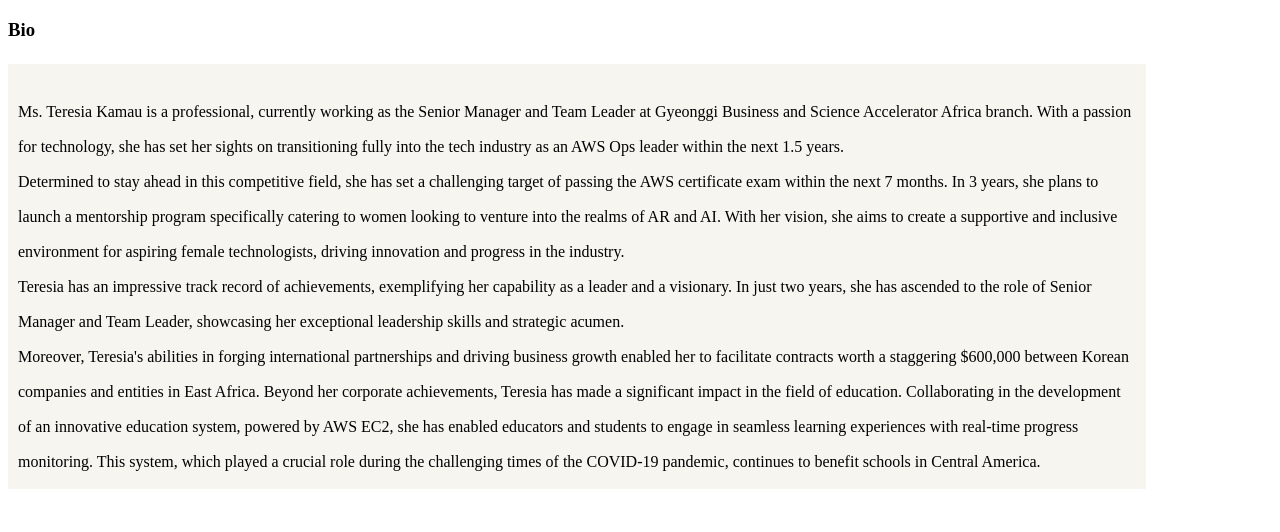
Repository: tessa5/developerPortfolio
Page: public/bio.html
An editor plug-in stored every save of this project. The page is shown before and after the next save, followed by the edit.
The browser window is 1280 px wide. The pictures show the whole page.

Above is the page before, as saved 2023-08-07 12:56:55.

### public/bio.html
<!DOCTYPE html>
<html lang="en">
<head>
    <meta charset="UTF-8">
    <meta name="viewport" content="width=device-width, initial-scale=1.0">
    <title>Document</title>
    <link rel="stylesheet" href="assets/styles/bio.css">
</head>
<body>
    <h3>Bio</h3>
    <p class="bio">
        Ms. Teresia Kamau is a professional, currently working as the Senior Manager and Team Leader at Gyeonggi Business and Science Accelerator Africa branch. With a passion for technology, she has set her sights on transitioning fully into the tech industry as an AWS Ops leader within the next 1.5 years. <br/>Determined to stay ahead in this competitive field, she has set a challenging target of passing the AWS certificate exam within the next 7 months.
In 3 years, she plans to launch a mentorship program specifically catering to women looking to venture into the realms of AR and AI. With her vision, she aims to create a supportive and inclusive environment for aspiring female technologists, driving innovation and progress in the industry.
<br/>Teresia has an impressive track record of achievements, exemplifying her capability as a leader and a visionary. In just two years, she has ascended to the role of Senior Manager and Team Leader, showcasing her exceptional leadership skills and strategic acumen. <br/>Moreover, Teresia's abilities in forging international partnerships and driving business growth enabled her to facilitate contracts worth a staggering $600,000 between Korean companies and entities in East Africa.
Beyond her corporate achievements, Teresia has made a significant impact in the field of education. Collaborating in the development of an innovative education system, powered by AWS EC2, she has enabled educators and students to engage in seamless learning experiences with real-time progress monitoring. This system, which played a crucial role during the challenging times of the COVID-19 pandemic, continues to benefit schools in Central America.

    </p>
</body>
</html>

### public/assets/styles/bio.css
p {
    border:2px solid linear-gradient(180deg, rgb(40, 134, 138), rgb(223, 110, 4));
    width:90%;
    float: left;
    height:100%;
    line-height:35px;
    background:#f6f5ef;
    padding:10px;
    margin-top:5px;
    box-sizing: border-box;
    word-break: keep-all;
    padding-top:30px;
}

After the next save:
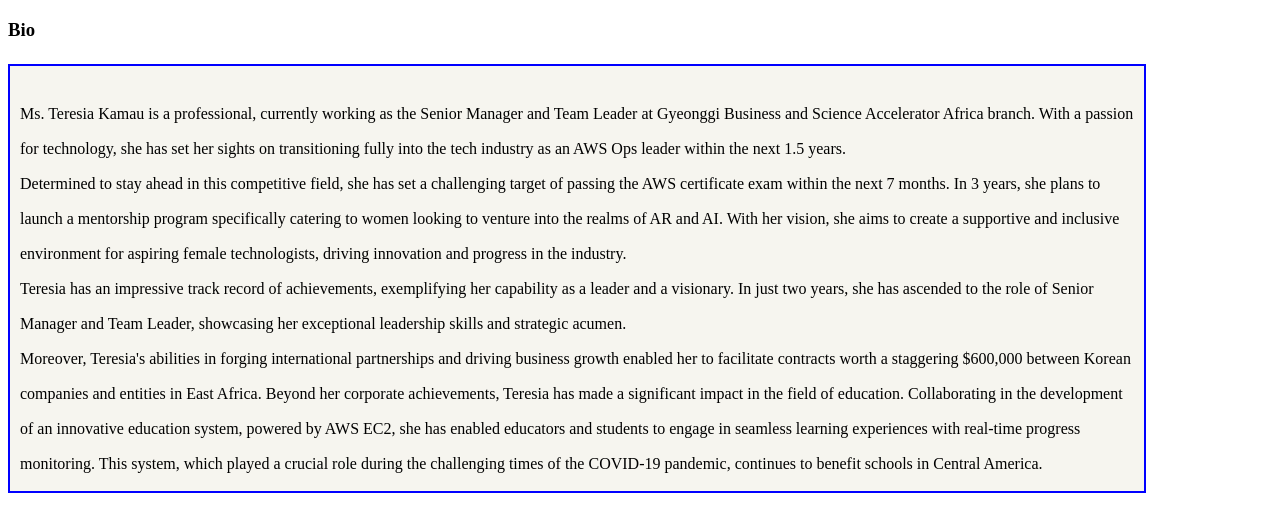
Saved 59 s later.
--- a/public/assets/styles/bio.css
+++ b/public/assets/styles/bio.css
@@ -1,5 +1,5 @@
 p {
-    border:2px solid linear-gradient(180deg, rgb(40, 134, 138), rgb(223, 110, 4));
+    border:2px solid blue;
     width:90%;
     float: left;
     height:100%;
